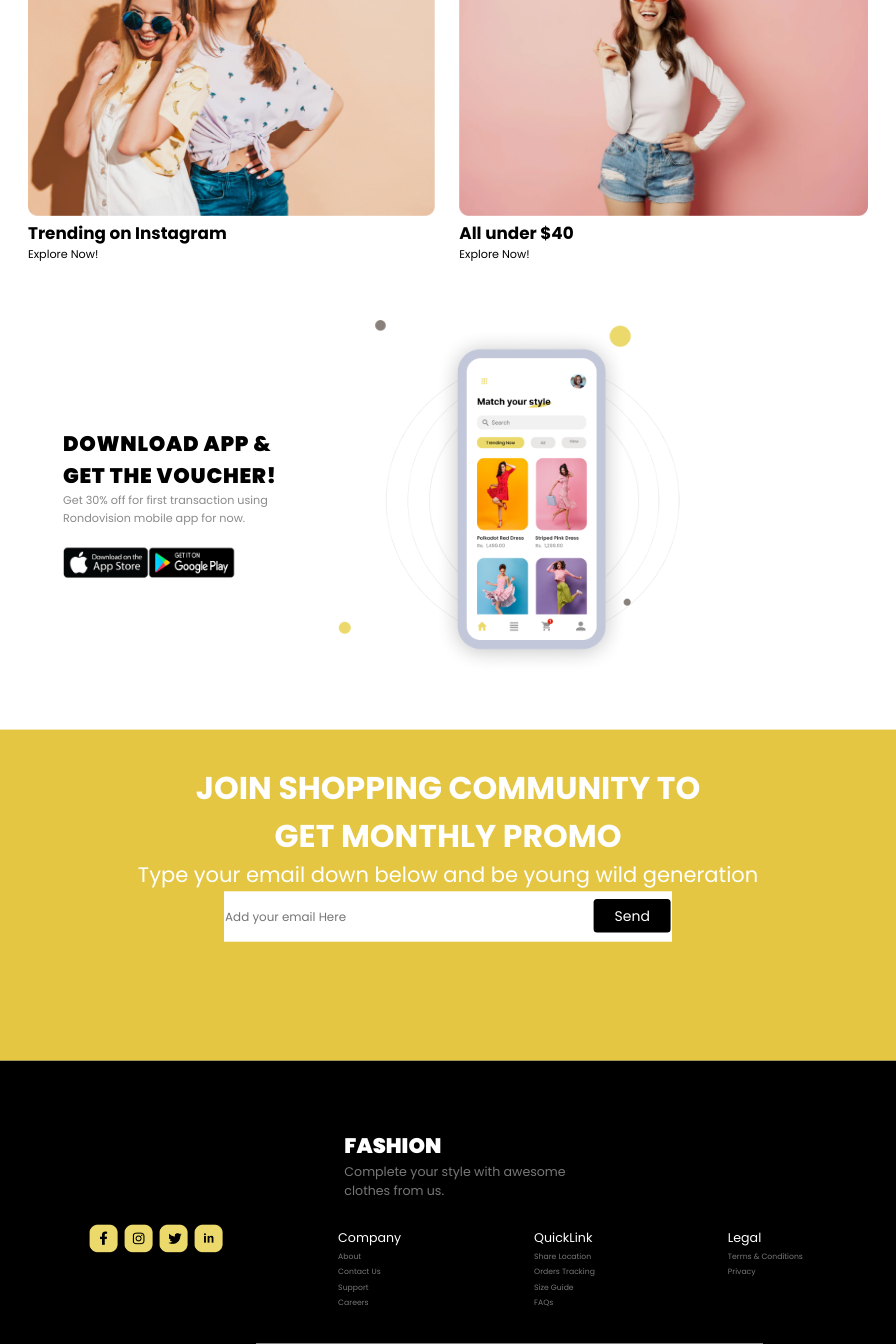
Repository: isaacCodes1/FashionWebsite
Page: index.html
An editor plug-in stored every save of this project. The page is shown before and after the next save, followed by the edit.
The browser window is 1280 px wide. The pictures show the part of the page from y = 2525 to 4445 px (the page is 4445 px tall before and 4435 px after), at 70% of full size.

Above is the page before, as saved 2024-03-14 10:47:19.

After the next save:
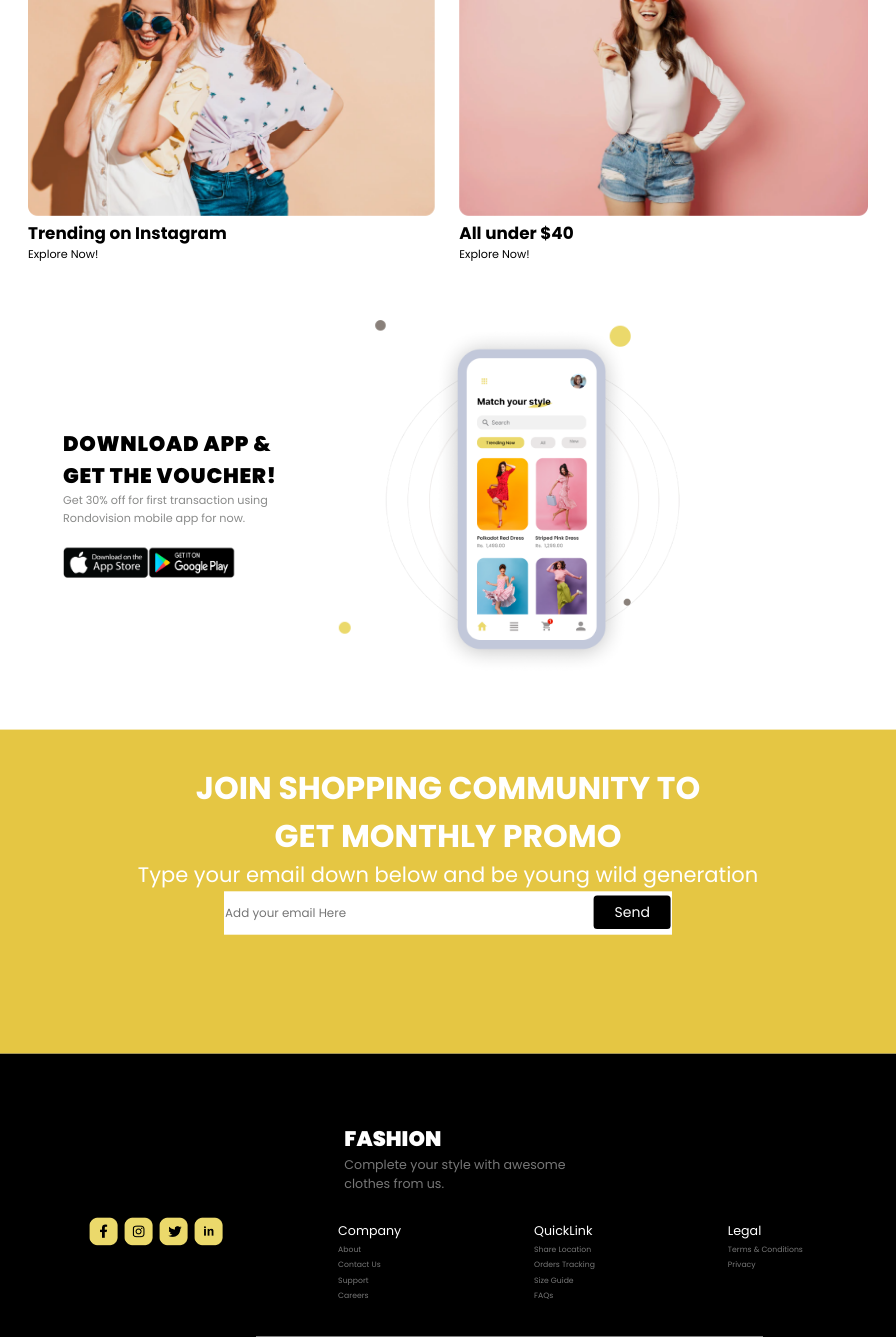
Saved 5 s later.
--- a/style.css
+++ b/style.css
@@ -487,7 +487,7 @@
 .input {
   background: #fff;
   width: 50%;
-  padding: 10px 0px;
+  padding: 5px 0px;
 }
 .input input {
   background: none;
